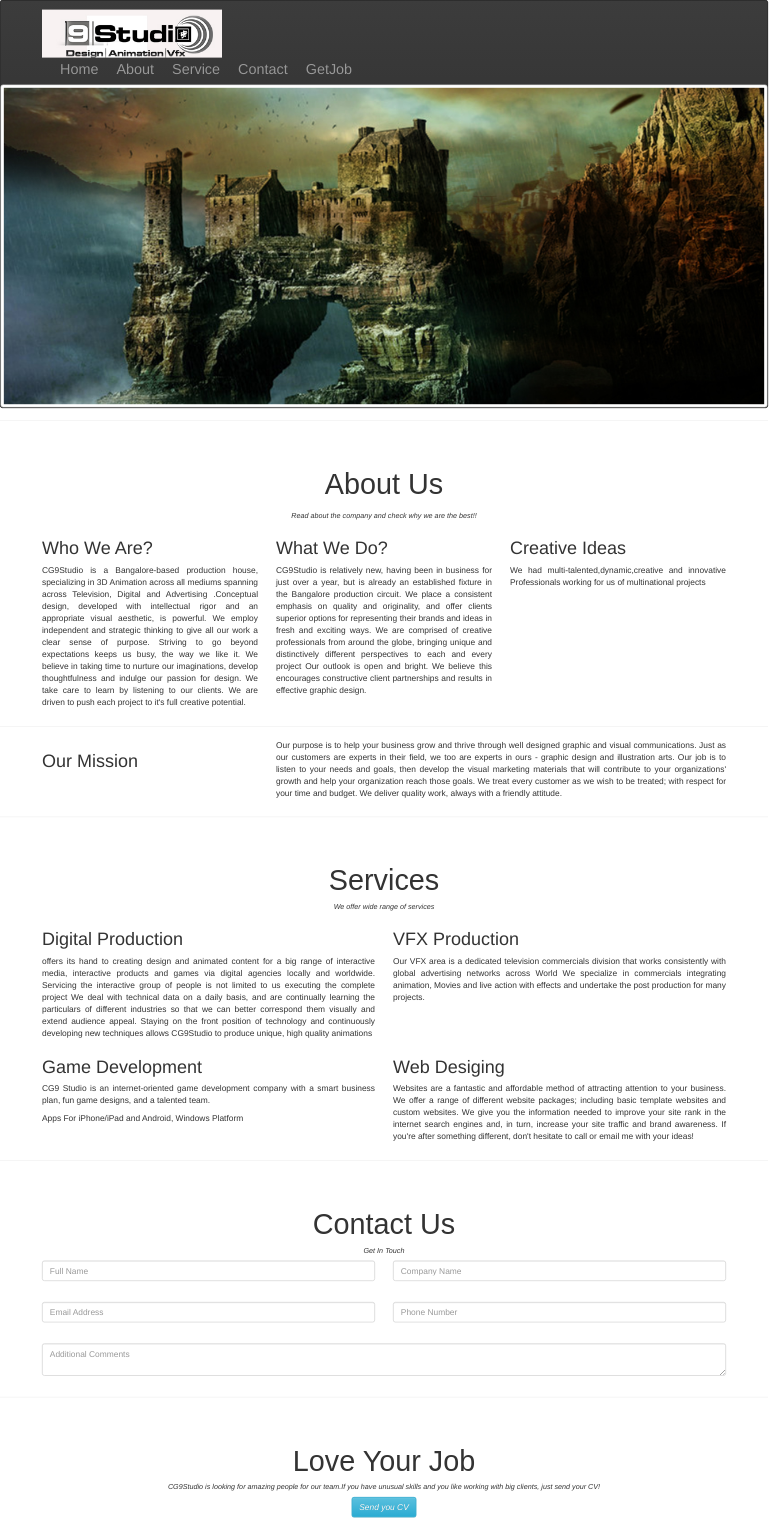
Repository: deepak6sp/BootstrapTheme1
Page: 9studio/WebContent/index.html
The author's editor kept a copy of each file at every save. The page is drawn from the files as they stood at one save, then again after the next save.
The browser window is 1280 px wide. The page is 1295 px wide, so the pictures cover 1295 px, including what lies to the right of the window. The pictures show the whole page, at 60% of full size.
Some web libraries are served in a nearby version.

Above is the page before, as saved 2014-07-23 13:38:22.

After the next save:
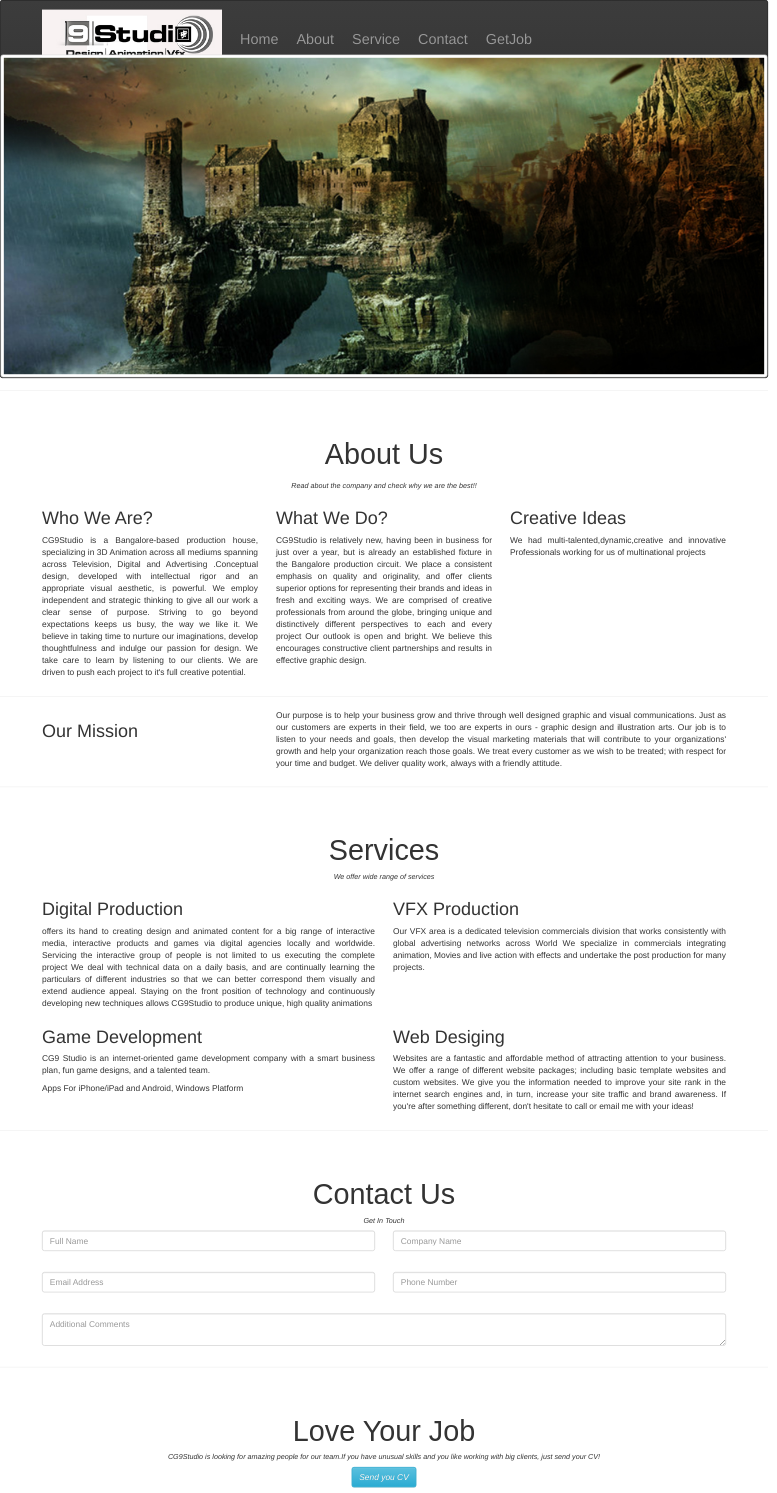
Saved 43 s later.
--- a/9studio/WebContent/index.html
+++ b/9studio/WebContent/index.html
@@ -19,7 +19,7 @@
 	      		</button>
 	      	</div>
 	      	<br></br>
-      		<div class="collapse navbar-collapse" id="navheaderCollapse" style="margin-top:50px;">
+      		<div class="collapse navbar-collapse" id="navheaderCollapse">
 				<ul class="nav navbar-nav" >
 					<li><a href="#">Home</a></li>
 					<li><a href="#about-us">About</a></li>
